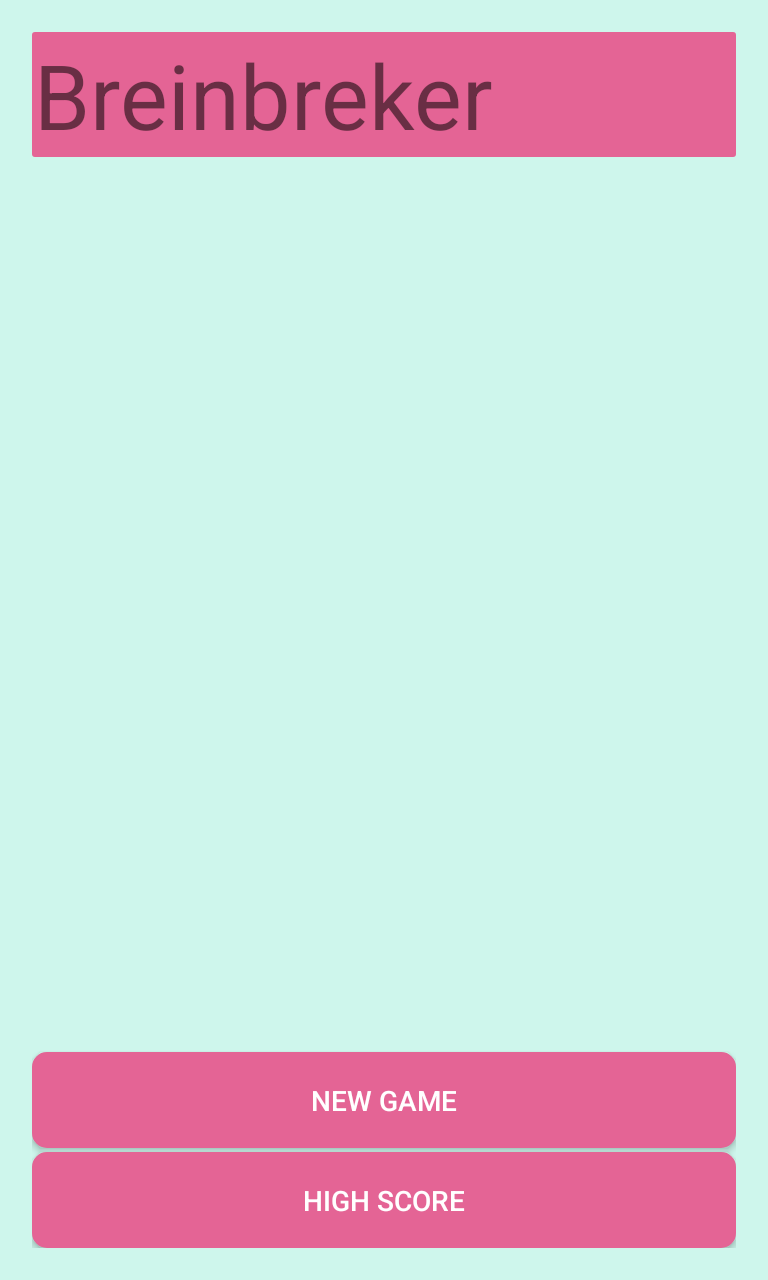
Repository: jelleswester/Breinbreker
Layout: Breinbreker/res/layout/activity_start_screen.xml
The author's editor kept a copy of each file at every save. The layout is drawn from the files as they stood at one save, then again after the next save.
It is drawn on a 768 x 1280 px phone screen (xhdpi) without system bars, with theme AppTheme; the app's code is not run.

Above is the layout before, as saved 2015-01-28 15:59:50.

### Breinbreker/res/layout/activity_start_screen.xml
<RelativeLayout xmlns:android="http://schemas.android.com/apk/res/android"
    xmlns:tools="http://schemas.android.com/tools"
    android:id="@+id/relativeLayout1"
    android:layout_width="match_parent"
    android:layout_height="match_parent"
    android:paddingBottom="@dimen/activity_vertical_margin"
    android:paddingLeft="@dimen/activity_horizontal_margin"
    android:paddingRight="@dimen/activity_horizontal_margin"
    android:paddingTop="@dimen/activity_vertical_margin"
    android:background="#CEF6EC"
    tools:context="nl.mprog.jelleswester.breinbreker.StartScreenActivity" >

    <TextView
        android:id="@+id/textView1"
        android:layout_width="fill_parent"
        android:layout_height="wrap_content"
        android:layout_alignParentTop="true"
        android:layout_centerHorizontal="true"
        android:text="@string/brein_breker"
        android:textSize="45sp"
        android:background="@drawable/title_box_shape" />

    <Button
        android:id="@+id/highScoreButton"
        android:layout_width="fill_parent"
        android:layout_height="wrap_content"
        android:layout_alignParentBottom="true"
        android:layout_centerHorizontal="true"
        android:onClick="highScoreButton"
        android:background="@drawable/button_shape"
        android:textColor="@color/white"
        android:text="@string/high_score"
        android:layout_marginTop="1dp" />

    <Button
        android:id="@+id/newGameButton"
        android:layout_width="fill_parent"
        android:layout_height="wrap_content"
        android:layout_above="@+id/highScoreButton"
        android:layout_alignLeft="@+id/highScoreButton"
        android:onClick="newGameButton"
        android:background="@drawable/button_shape"
        android:textColor="@color/white"
        android:text="@string/new_game"
        android:layout_marginBottom="1dp"
        android:layout_marginTop="2dp" />

</RelativeLayout>

### Breinbreker/res/values/strings.xml
<?xml version="1.0" encoding="utf-8"?>
<resources>

    <string name="app_name">Breinbreker</string>
    <string name="hello_world">Hello world!</string>
    <string name="action_settings">Settings</string>
    <string name="title_activity_game_play">GamePlay</string>
    <string name="title_activity_high_score">HighScore</string>
    <string name="title_activity_you_won">YouWon</string>
    <string name="brein_breker">Breinbreker</string>
    <string name="start_game">START</string>
    <string name="high_score">High Score</string>
    <string name="back">Back</string>
    <string name="confirm">Confirm</string>
    <string name="you_won">You Won</string>
    <string name="congratulations">Congratulations!</string>
    <string name="high_score_entry">Please enter your name for your high score:</string>
    <string name="example_name">Bob</string>
    <string name="example_high_score">1.    Bob               03:59:15</string>
    <string name="characters">AAAA</string>
    <string name="symbol">+</string>
    <string name="symbol_equal">=</string>
    <string name="text">1234</string>
    <string name="continue_game">Continue Game</string>
    <string name="new_game">New Game</string>
    <string name="hint">Hint</string>


</resources>

### Breinbreker/res/drawable-hdpi/title_box_shape.xml
<?xml version="1.0" encoding="UTF-8"?>
<shape
    xmlns:android="http://schemas.android.com/apk/res/android">
    <stroke
        android:width="1dp"
        android:color="#E46495"/>
    <corners
        android:radius="1dp" />

    <padding
        android:left="1dp"
        android:right="1dp"
        android:top="1dp"
        android:bottom="1dp"/>

    <solid android:color="#E46495"/>

</shape>

### Breinbreker/res/drawable-hdpi/button_shape.xml
<?xml version="1.0" encoding="UTF-8"?>
<shape
    xmlns:android="http://schemas.android.com/apk/res/android">
    <stroke
        android:width="1dp"
        android:color="#E46495"/>
    <corners
        android:radius="7dp" />

    <padding
        android:left="1dp"
        android:right="1dp"
        android:top="1dp"
        android:bottom="1dp"/>

    <solid android:color="#E46495"/>

</shape>

### Breinbreker/res/values/color.xml
<?xml version="1.0" encoding="utf-8"?>
<resources>
    <item name="white" type="color">#FFFFFF</item>
</resources>

Loaded but not shown: Breinbreker/res/values/styles.xml (common file); Breinbreker/res/values-v11/styles.xml (common file); Breinbreker/res/values-v14/styles.xml (common file); Breinbreker/res/values/dimens.xml (common file); Breinbreker/res/values-w820dp/dimens.xml (common file)

After the next save:
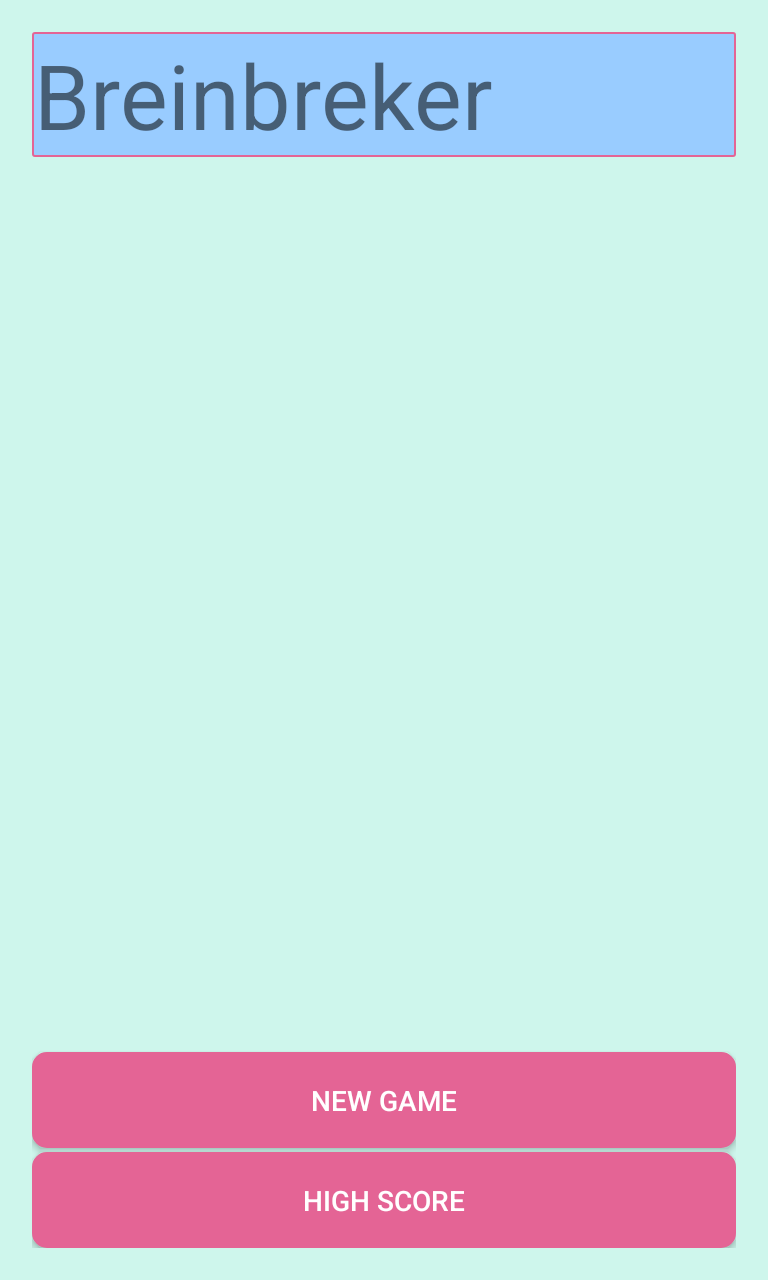
Saved 106 s later.
--- a/Breinbreker/res/drawable-hdpi/title_box_shape.xml
+++ b/Breinbreker/res/drawable-hdpi/title_box_shape.xml
@@ -13,6 +13,6 @@
         android:top="1dp"
         android:bottom="1dp"/>
 
-    <solid android:color="#E46495"/>
+    <solid android:color="#99CCFF"/>
 
 </shape>
